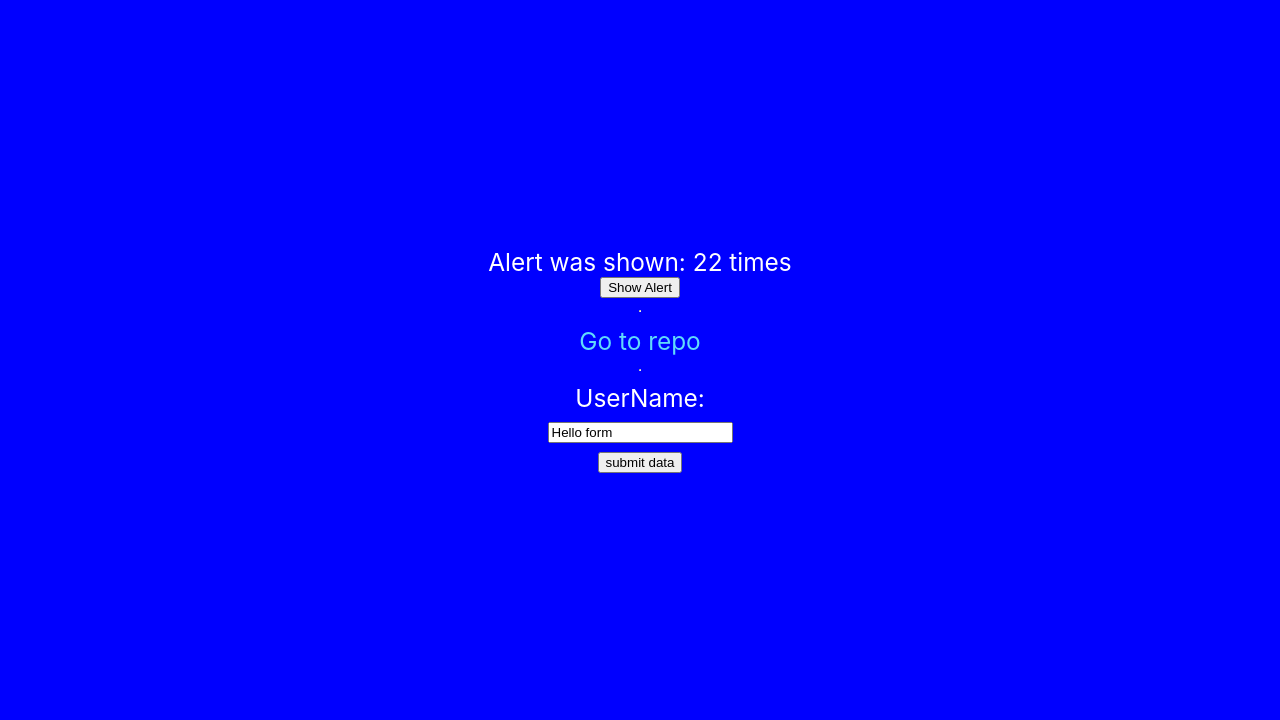
Repository: OutcomerTom/my-app
Page: /
The author's editor kept a copy of each file at every save. The page is drawn from the files as they stood at one save, then again after a run of saves.
The browser window is 1280 px wide. The pictures show the whole page.
The project was rebuilt for these pictures with package versions that can differ from the ones it lists, and the page was loaded fresh each time.

Above is the page before, as saved 2022-05-30 12:16:35.

After the next 4 saves:
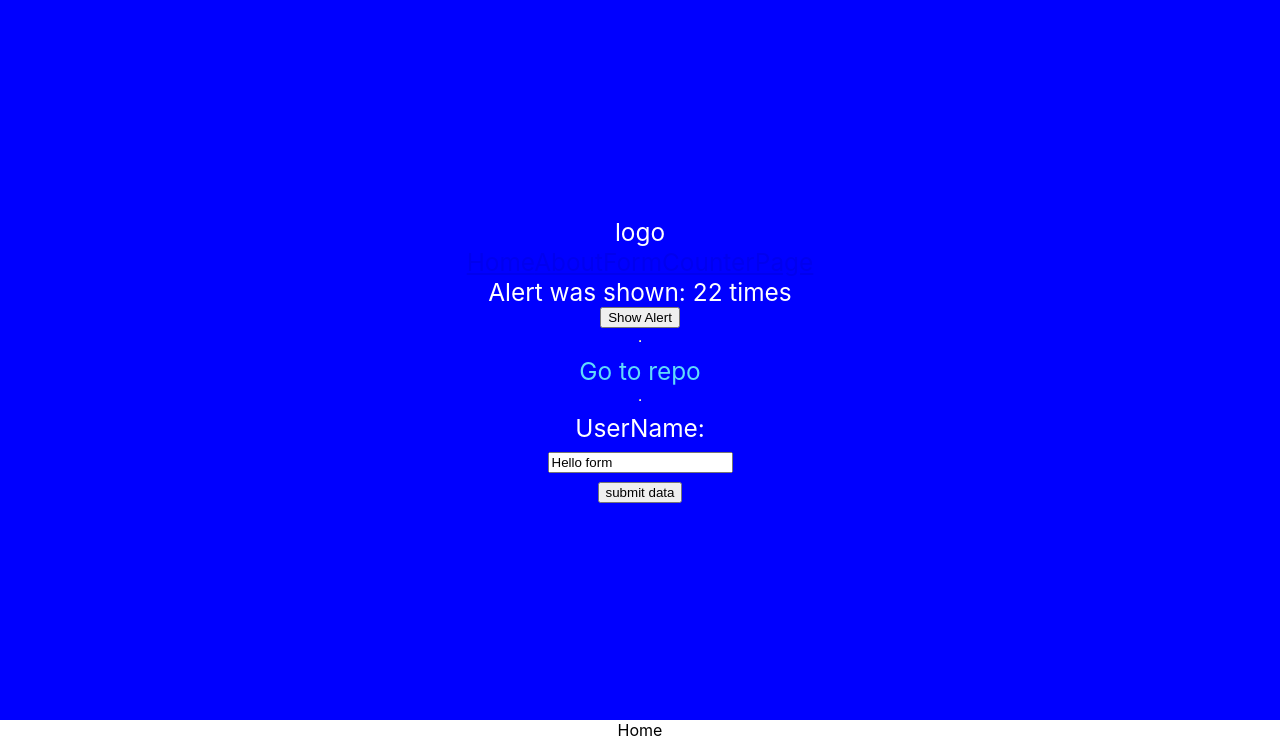
The 4 saves are shown as one change because 3 did not build or start.
The last was saved 14 min 51 s later.
--- a/src/App.tsx
+++ b/src/App.tsx
@@ -1,31 +1,62 @@
-import React, {useState, useEffect} from 'react';
-import { InputForm } from './InputForm';
-import './App.css';
+import React, { useState, useEffect } from "react";
+import { Routes, Route, Link } from "react-router-dom";
+import { InputForm } from "./InputForm";
+import "./App.css";
 
 function App() {
   const [counter, setCounter] = useState<number>(0);
 
-  const handleShowAlert = (value: number):void => {
-    alert("Helllo react")
-    setCounter( counter + 1)
-  }
-    useEffect( () => {
-      setCounter( 22 )
-    }, [])
+  const handleShowAlert = (value: number): void => {
+    alert("Helllo react");
+    setCounter(counter + 1);
+  };
+  useEffect(() => {
+    setCounter(22);
+  }, []);
 
   return (
     <div className="App">
-      <header className="App-header">
+      <div className="App-header">
+        <div>logo</div>
+        <div>
+          <Link className="App-link" to={"/"}>
+            Home
+          </Link>
+          <Link className="App-link" to={"/${routesPath.about"}>
+            About
+          </Link>
+          <Link className="App-link" to={"/${routesPath.form"}>
+            Form
+          </Link>
+          <Link className="App-link" to={"/{routesPath.CounterPage}"}>
+            CounterPage
+          </Link>
+        </div>
         <div>{`Alert was shown: ${counter} times`}</div>
         <button onClick={() => handleShowAlert(22)}>Show Alert</button>
-        <hr/>
-        <td onClick={()=> window.open("https://github.com/OutcomerTom/my-app/", "_blank")}>Go to repo</td>
-        <hr/>
-      <InputForm defaultValue={'Hello form'}
-      />
-      </header>
+        <hr />
+        <td
+          onClick={() =>
+            window.open("https://github.com/OutcomerTom/my-app/", "_blank")
+          }
+        >
+          Go to repo
+        </td>
+        <hr />
+        <InputForm defaultValue={"Hello form"} />
+      </div>
+      <Routes>
+        <Route path={"/"} element={<div>Home</div>} />
+        <Route path={"*"} element={<div>404</div>} />
+        <Route path={"/{routesPath.about}"} element={<div>About</div>} />
+        <Route
+          path={"/{routesPath.CounterPage}"}
+          element={<div>CounterPage</div>}
+        />
+        <Route path={"/{routesPath.form}"} element={<div>form</div>} />
+      </Routes>
     </div>
-  )
+  );
 }
 
 export default App;
